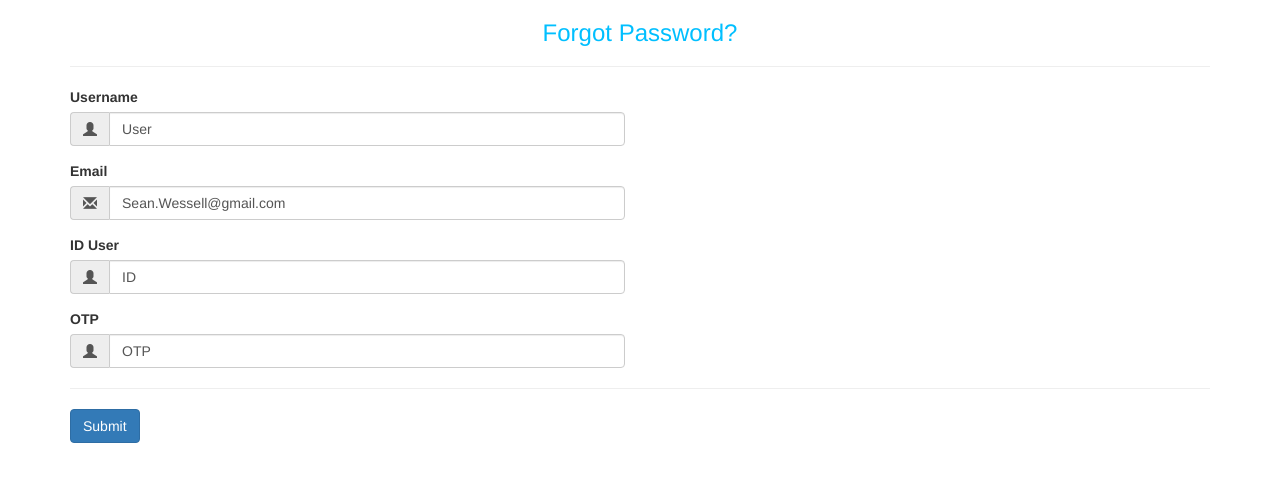
Repository: phamtailinh/webtintuc
Page: http://localhost/doicapdat/Quenmk.jsp
The author's editor kept a copy of each file at every save. The page is drawn from the files as they stood at one save, then again after the next save.
The browser window is 1280 px wide. The pictures show the whole page.
Some web libraries are served in a nearby version. The page is served by Tomcat 9. Other server files are loaded and not shown.

Above is the page before, as saved 2022-01-07 09:12:16.
Console error (its wording comes from the project's code and is left out).

### doicapdat/src/main/webapp/Quenmk.jsp
<%@ page language="java" contentType="text/html; charset=ISO-8859-1"
	pageEncoding="ISO-8859-1"%>
<!DOCTYPE html>
<html>
<head>
<meta charset="ISO-8859-1">
<title>Insert title here</title>
<link
	href="//maxcdn.bootstrapcdn.com/bootstrap/3.3.0/css/bootstrap.min.css"
	rel="stylesheet" id="bootstrap-css">
<script
	src="//maxcdn.bootstrapcdn.com/bootstrap/3.3.0/js/bootstrap.min.js"></script>
<script src="//code.jquery.com/jquery-1.11.1.min.js"></script>
<style type="text/css">
.popover.primary {
	border-color: #337ab7;
}

.popover.primary>.arrow {
	border-top-color: #337ab7;
}

.popover.primary>.popover-title {
	color: #fff;
	background-color: #337ab7;
	border-color: #337ab7;
}

.popover.success {
	border-color: #d6e9c6;
}

.popover.success>.arrow {
	border-top-color: #d6e9c6;
}

.popover.success>.popover-title {
	color: #3c763d;
	background-color: #dff0d8;
	border-color: #d6e9c6;
}

.popover.info {
	border-color: #bce8f1;
}

.popover.info>.arrow {
	border-top-color: #bce8f1;
}

.popover.info>.popover-title {
	color: #31708f;
	background-color: #d9edf7;
	border-color: #bce8f1;
}

.popover.warning {
	border-color: #faebcc;
}

.popover.warning>.arrow {
	border-top-color: #faebcc;
}

.popover.warning>.popover-title {
	color: #8a6d3b;
	background-color: #fcf8e3;
	border-color: #faebcc;
}

.popover.danger {
	border-color: #ebccd1;
}

.popover.danger>.arrow {
	border-top-color: #ebccd1;
}

.popover.danger>.popover-title {
	color: #a94442;
	background-color: #f2dede;
	border-color: #ebccd1;
}
</style>
</head>
<body>
	<div class="container" style"background-color:#00BFFF;">

		<h3 style="color: #00BFFF; text-align: center;">Forgot Password?</h3>
		<hr>
		<div class="row">
			<div class="col-lg-6">
				<div class="form-group">
					<label>Username</label>
					<div class="input-group">
						<span class="input-group-addon"><span
							class="glyphicon glyphicon-user"></span></span> <input type="text"
							class="form-control" name="Username" id="Username"
							placeholder="Requested Username" required value="User">
					</div>
				</div>
				<div class="form-group">
					<label>Email</label>
					<div class="input-group">
						<span class="input-group-addon"><span
							class="glyphicon glyphicon-envelope"></span></span> <input type="text"
							class="form-control" name="Email" id="Email"
							placeholder="Requested Email" required
							value="Sean.Wessell@gmail.com"></div>

				</div>
				<div class="form-group">
					<label>ID User</label>
					<div class="input-group">
						<span class="input-group-addon"><span
							class="glyphicon glyphicon-user"></span></span> <input type="text"
							class="form-control" name="Username" id="Username"
							placeholder="Requested Username" required value="ID">
					</div>
				</div>
				<label>OTP</label>
				<div class="input-group">
					<span class="input-group-addon"><span
						class="glyphicon glyphicon-user"></span></span> <input type="text"
						class="form-control" name="Username" id="Username"
						placeholder="Requested Username" required value="OTP">
				</div>
			</div>


		</div>
		<hr>
		<input type="submit" name="submit" id="submit" value="Submit"
			class="btn btn-primary pull-left" herf="#">
	</div>
	</div>
	</div>
</body>
</html>

After the next save:
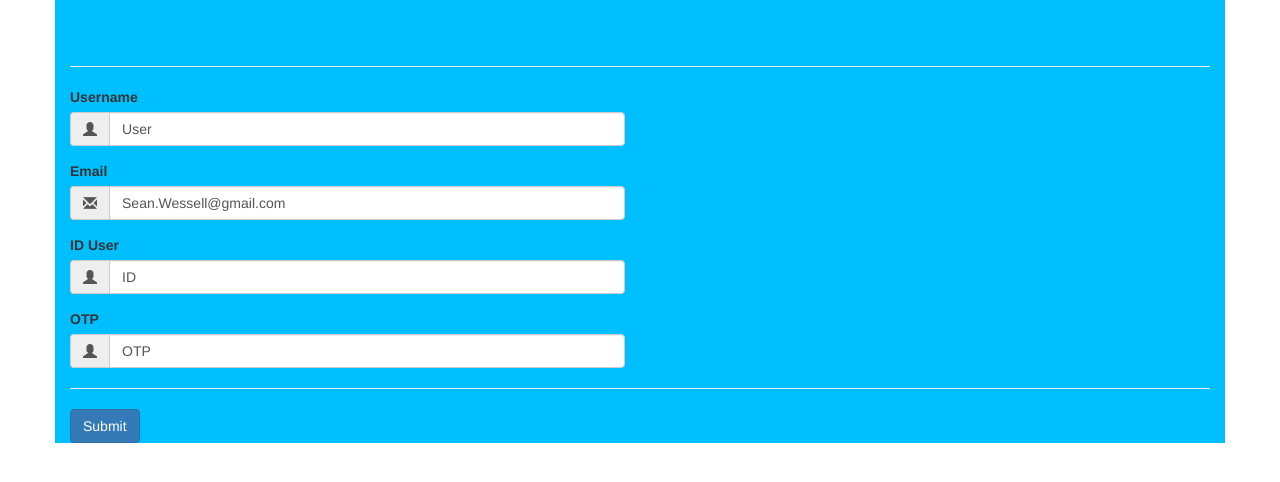
Saved 2 min 5 s later.
--- a/doicapdat/src/main/webapp/Quenmk.jsp
+++ b/doicapdat/src/main/webapp/Quenmk.jsp
@@ -84,7 +84,7 @@
 </style>
 </head>
 <body>
-	<div class="container" style"background-color:#00BFFF;">
+	<div class="container" style="background-color: #00BFFF;">
 
 		<h3 style="color: #00BFFF; text-align: center;">Forgot Password?</h3>
 		<hr>

After the save that followed:
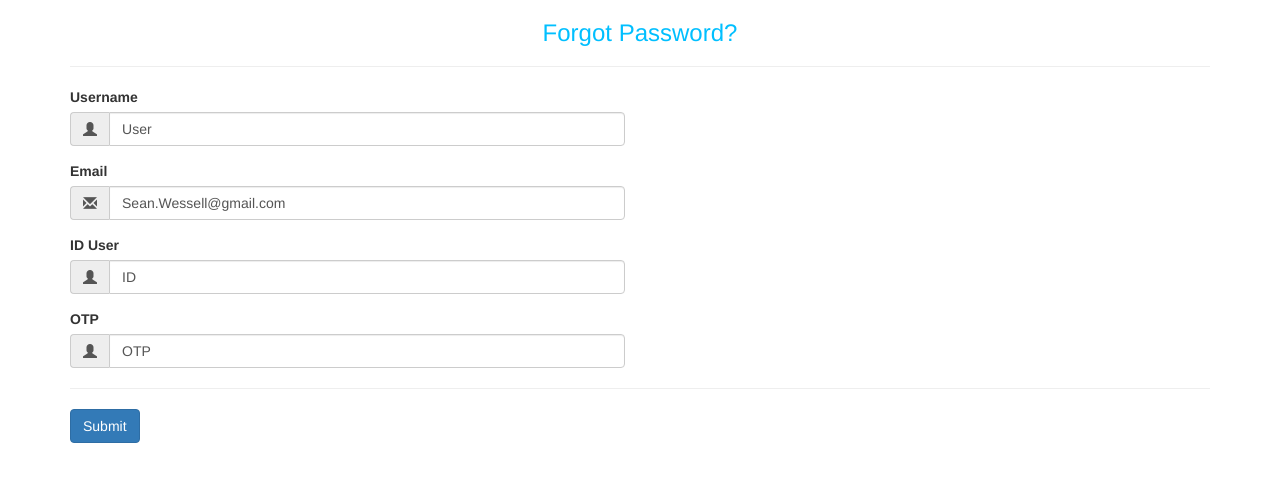
Saved 31 s later.
--- a/doicapdat/src/main/webapp/Quenmk.jsp
+++ b/doicapdat/src/main/webapp/Quenmk.jsp
@@ -84,7 +84,7 @@
 </style>
 </head>
 <body>
-	<div class="container" style="background-color: #00BFFF;">
+	<div class="container" >
 
 		<h3 style="color: #00BFFF; text-align: center;">Forgot Password?</h3>
 		<hr>
